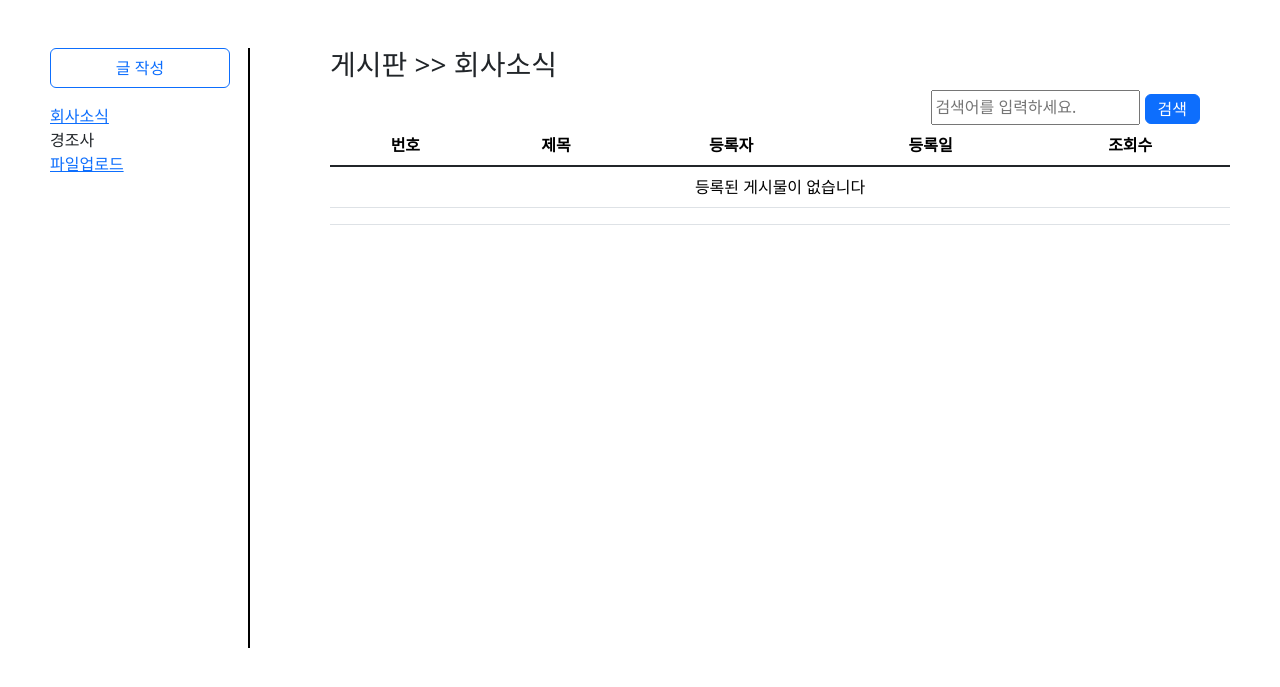
Repository: KimDongGyuu/final
Page: http://localhost/aceworks/WEB-INF/views/company_news/company_news_List.jsp
These files come from the project's save history. The page is drawn as it stood at one moment and after the next save; the edit follows.
The browser window is 1280 px wide. The pictures show the whole page.
The page is served by Tomcat 9. Nobody is signed in. Other server files are loaded and not shown. The template is opened directly, without the code that normally fills it, so the values that code supplies are empty.

Above is the page before, as saved 2024-03-17 04:06:23.

### aceworks/src/main/webapp/WEB-INF/views/company_news/company_news_List.jsp
<%@ page language="java" contentType="text/html; charset=UTF-8"
	pageEncoding="UTF-8"%>
<%@ include file="/WEB-INF/views/include/style.jsp"%>
<%@ taglib uri="http://java.sun.com/jsp/jstl/core" prefix="c"%>
<!DOCTYPE html>
<html>
<head>
<meta charset="UTF-8">
<title>Insert title here</title>
<style>
#left {
	width: 200px;
	height: 600px;
	float: left;
	border-right: 2px solid black;
	margin-left: 50px;
}

#right {
	width: 900px;
	height: 600px;
	margin-left: 330px;
}

#bt {
	width: 180px;
	height: 40px;
}
#Sbt {
	padding-top: 2px;
	height: 30px;
}

h3 {
	text-align: center;
}
</style>
</head>
<body>


	<div>
		<div id="left">
			<button id="bt" type="button" class="btn btn-outline-primary"
				onclick="location.href='company_news_Writeform.do';">글 작성</button>
<div class="mt-3"><a href="company_news_List.do">회사소식</a> <br> 경조사 <br><a href="fileUploadForm.do">파일업로드</a></div>
		</div>
		<div id="right">
		<div class="mt-5 mb-2"><span class="h3">게시판 &gt;&gt; 회사소식</span></div>
<div class="mt-2 d-flex gap-2 justify-content-end">
    <form action="company_newsSearch.do">
        <input type="text" id="searchKeyword" name="keyword" placeholder="검색어를 입력하세요." style="width:70%; height: 35px;">
        <button id="Sbt" type="submit" class="btn btn btn-primary">검색</button>
    </form>
</div>
			<table width="1000" cellspacing="0" class="table table-hover">
				<thead>
					<tr align="center">
						<th scope="col">번호</th>
						<th scope="col">제목</th>
						<th scope="col">등록자</th>
						<th scope="col">등록일</th>
						<th scope="col">조회수</th>
					</tr>
				</thead>

				<tbody class="table-group-divider">
					<c:if test="${empty lists }">
						<tr>
							<td colspan="5" align="center">등록된 게시물이 없습니다</td>
						</tr>
					</c:if>

					<c:forEach var="dto" items="${lists }">
						<tr class="text-center">
							<th scope="row">${dto.news_idx }</th>
							<c:url var="company_newsContentUrl"
								value="company_news_Content.do">
								<c:param name="news_idx">${dto.news_idx }</c:param>
							</c:url>
							<td><a href="${company_newsContentUrl }">${dto.news_title }</a></td>
							<td>${dto.news_writer }</td>
							<td>${dto.news_writedate }</td>
							<td>${dto.news_readnum }</td>
						</tr>
					</c:forEach>
				</tbody>

				<tfoot>
					<tr>
						<td colspan="5" align="center">${pageStr }</td>
					</tr>
				</tfoot>
			</table>
		</div>
	</div>
</body>
</html>

### aceworks/src/main/webapp/WEB-INF/views/include/style.jsp
<%@ page language="java" contentType="text/html; charset=UTF-8"
    pageEncoding="UTF-8"%>
<!DOCTYPE html>
<html>
<head>
<meta charset="UTF-8">
<title>Insert title here</title>
<link
   href="https://cdn.jsdelivr.net/npm/bootstrap@5.3.3/dist/css/bootstrap.min.css"
   rel="stylesheet"
   integrity="sha384-QWTKZyjpPEjISv5WaRU9OFeRpok6YctnYmDr5pNlyT2bRjXh0JMhjY6hW+ALEwIH"
   crossorigin="anonymous">
<script
   src="https://cdn.jsdelivr.net/npm/bootstrap@5.3.3/dist/js/bootstrap.bundle.min.js"
   integrity="sha384-YvpcrYf0tY3lHB60NNkmXc5s9fDVZLESaAA55NDzOxhy9GkcIdslK1eN7N6jIeHz"
   crossorigin="anonymous"></script>
<script
   src="https://cdn.jsdelivr.net/npm/@popperjs/core@2.11.8/dist/umd/popper.min.js"
   integrity="sha384-I7E8VVD/ismYTF4hNIPjVp/Zjvgyol6VFvRkX/vR+Vc4jQkC+hVqc2pM8ODewa9r"
   crossorigin="anonymous"></script>
<script
   src="https://cdn.jsdelivr.net/npm/bootstrap@5.3.3/dist/js/bootstrap.min.js"
   integrity="sha384-0pUGZvbkm6XF6gxjEnlmuGrJXVbNuzT9qBBavbLwCsOGabYfZo0T0to5eqruptLy"
   crossorigin="anonymous"></script>
</head>
<body>

</body>
</html>

After the next save:
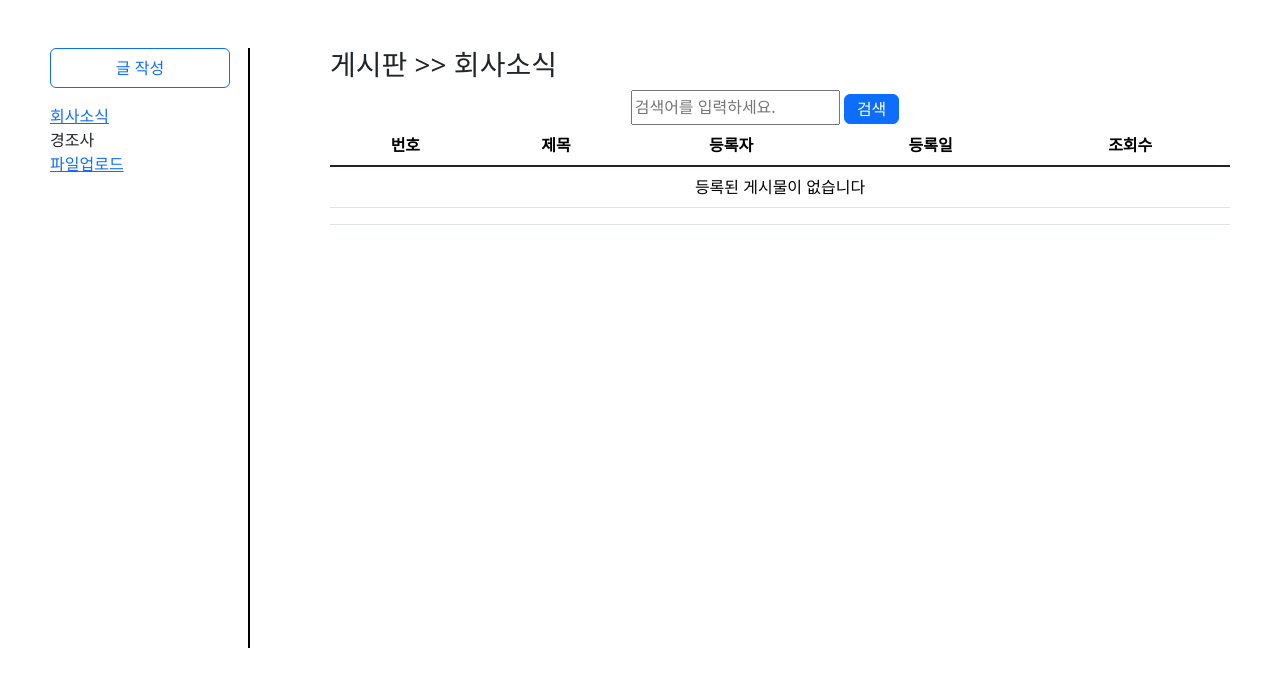
Saved 24 s later.
--- a/aceworks/src/main/webapp/WEB-INF/views/company_news/company_news_List.jsp
+++ b/aceworks/src/main/webapp/WEB-INF/views/company_news/company_news_List.jsp
@@ -47,7 +47,7 @@ h3 {
 		</div>
 		<div id="right">
 		<div class="mt-5 mb-2"><span class="h3">게시판 &gt;&gt; 회사소식</span></div>
-<div class="mt-2 d-flex gap-2 justify-content-end">
+<div class="mt-2 d-flex gap-2 justify-content-center">
     <form action="company_newsSearch.do">
         <input type="text" id="searchKeyword" name="keyword" placeholder="검색어를 입력하세요." style="width:70%; height: 35px;">
         <button id="Sbt" type="submit" class="btn btn btn-primary">검색</button>
